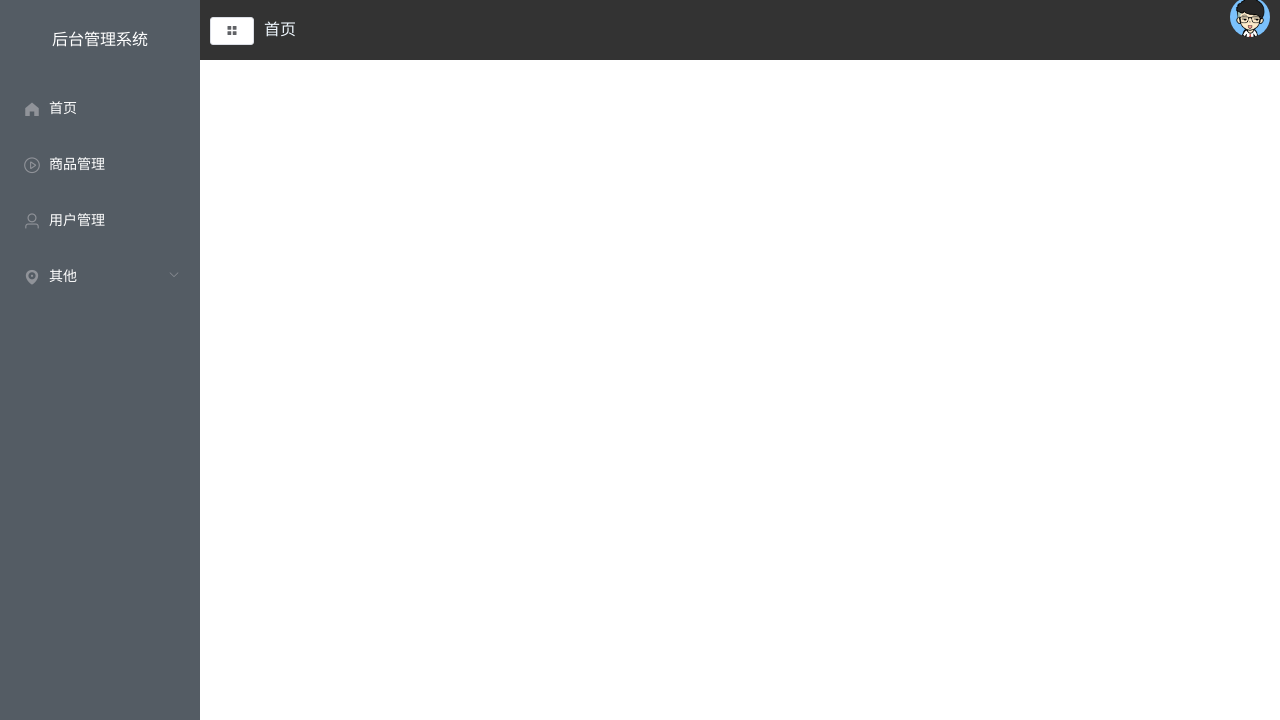
Repository: wuqu11/Management-system
Page: /
These files come from the project's save history. The page is drawn as it stood at one moment and after the next save; the edit follows.
The browser window is 1280 px wide. The pictures show the whole page.
The project was rebuilt for these pictures with package versions that can differ from the ones it lists, and the page was loaded fresh each time. Also part of the build but not shown: vue.config.js, src/view/User.vue, src/view/Home.vue, src/view/Mall.vue, src/view/PageOne.vue, src/view/PageTwo.vue.

Above is the page before, as saved 2023-07-18 07:57:23.

### src/main.js
import Vue from 'vue'
import App from './App.vue'
import ElementUI from 'element-ui';
  // import element from 'element-ui';
import 'element-ui/lib/theme-chalk/index.css';
import router from '@/router';

Vue.use(router)
Vue.use(ElementUI)
// Vue.use(Button)
Vue.config.productionTip = false

new Vue({
  router,
  render: h => h(App),
}).$mount('#app')

### src/App.vue
<template>
  <div id="app">
    <!-- <el-row>
        <el-button>默认按钮</el-button>
        <el-button type="primary">主要按钮</el-button>
        <el-button type="success">成功按钮</el-button>
        <el-button type="info">信息按钮</el-button>
        <el-button type="warning">警告按钮</el-button>
        <el-button type="danger">危险按钮</el-button>
    </el-row> -->
    <router-view></router-view>
  </div>
</template>

<script>


export default {
  name: 'App',
}
</script>

<style lang='less'>
    html,body{
      margin: 0;
      padding: 0;
    }
</style>

### src/router/index.js
import VueRouter from "vue-router";
import Vue from "vue";
import User from '@/view/User.vue';
import Home from '@/view/Home.vue';
import Main from '@/view/Main.vue';
import Mall from '@/view/Mall.vue';
import PageOne from '@/view/PageOne.vue';
import PageTwo from '@/view/PageTwo.vue'

//1.创建路由组件
//2.路由组件的映射
//3.创建路由实例对象

Vue.use(VueRouter);
const routes = [
    { path: '/',
      component:Main ,

      children:[
        { path: 'home', component: Home },
        { path: 'user', component: User },
        { path: 'mall', component: Mall },
        { path: 'page1', component: PageOne },
        { path: 'page2', component: PageTwo },
      ]
    },
    {
      path:'*',
      redirect:'/home',
    }

  ]
 //先把VueRouter原型对象的push,先保存一份
let originPush = VueRouter.prototype.push;
let originReplce = VueRouter.prototype.replace;
//重写push|relace
//第一个参数:告诉原来push方法,你往哪里跳转(传递那些参数)
//第二个参数:成功回调
//第三个参数:失败回调
//call|apply区别
//相同点:都可以调用函数一次,都可以篡改函数的上下文一次
//不同点:call与apply传递参数,call传递参数用逗号隔开,apply方法执行,传递数组
VueRouter.prototype.push = function(location,resolve,reject){
    if(resolve && reject){
        originPush.call(this,location,resolve,reject)
    }else{
        originPush.call(this,location,()=>{},()=>{})
    }
};

VueRouter.prototype.replace = function(location,resolve,reject){
    if(resolve && reject){
        originReplce.call(this,location,resolve,reject)
    }else{
        originReplce.call(this,location,()=>{},()=>{})
    }
};

export default new VueRouter({
    routes // (缩写) 相当于 routes: routes
  })

### src/view/Main.vue
<template>
    <div>
        <el-container>
        <el-aside width="200px">
            <CommenSide />
        </el-aside>
        <el-container>
            <el-header class="el-header">
                <CommenHeader/>
            </el-header>
            <el-main>
                    <router-view></router-view>
            </el-main>
        </el-container>
        </el-container>
        <router-view></router-view>
    </div>
</template>

<script>
import CommenSide from '@/components/CommenSide.vue';
import CommenHeader from '@/components/CommenHeader.vue';
    export default {
        components:{CommenSide,CommenHeader}
    }
</script>

<style   scoped>
      .el-header {
    background-color: #B3C0D1;
    color: #111;
    line-height: 60px;
    padding: 0;
  }

  .el-aside {
    color: #333;
  }
</style>

### src/components/CommenSide.vue
<template>
    <div>

        <el-menu default-active="1-4-1" class="el-menu-vertical-demo" @open="handleOpen" @close="handleClose"
            :collapse="isCollapse" background-color="#545c64" text-color="#fff" active-text-color="#ffd04b">
             <h3>后台管理系统</h3>
            <el-menu-item  @click="clickMenu(item)" v-for="item in noChildren " :key='item.name' :index="item.name">
                <i :class='`el-icon-${item.icon}`'></i>
                <span slot="title">{{ item.label }}</span>
            </el-menu-item>
            <el-submenu  v-for="item in Children" :key='item.label' :index="item.label">
                <template slot="title">
                    <i :class='`el-icon-${item.icon}`'></i>
                    <span slot="title">{{ item.label }}</span>
                </template>
                <el-menu-item-group    v-for="subItem in item.children" :key="subItem.path">
                    <el-menu-item   @click="clickMenu(subItem)" :index="subItem.path">{{ subItem.label }}</el-menu-item>
                </el-menu-item-group>
            </el-submenu>

        </el-menu>
    </div>
</template>

<script>
export default {
    data() {
        return {
            isCollapse: false,
            menuDate: [{
                path: '/',
                name: 'home',
                label: '首页',
                icon: 's-home',
                url: 'Home/Home'
            },
            {
                path: '/mall',
                name: 'mall',
                label: '商品管理',
                icon: 'video-play',
                url: 'MallManage/MallManage'
            },
            {
                path: '/user',
                name: 'user',
                label: '用户管理',
                icon: 'user',
                url: 'UserManage/UserManage'
            },
            {
                label: '其他',
                icon: 'location',
                children: [
                    {
                        path: '/page1',
                        name: 'page1',
                        label: '页面1',
                        icon: 'setting',
                        url: 'Other/PageOne'
                    },
                    {
                        path: '/page2',
                        name: 'page2',
                        label: '页面2',
                        icon: 'setting',
                        url: 'Other/PageTwo'
                    }
                ]
            }]
        };
    },
    methods: {
        handleOpen(key, keyPath) {
            console.log(key, keyPath);
        },
        handleClose(key, keyPath) {
            console.log(key, keyPath);
        },
        clickMenu(item){
            console.log(item);
            this.$router.push(item.path)
        }
    },
    computed: {
        noChildren() {
            return this.menuDate.filter(item => !item.children)
        },
        Children() {
            return this.menuDate.filter(item => item.children)
        },

    },
}
</script>

<style lang='less' scoped>
    .el-menu-vertical-demo:not(.el-menu--collapse) {
        width: 200px;
        min-height: 400px;
    }
        .el-menu{
            height: 100vh;
            h3{
                color: #fff;
                text-align: center;
                line-height: 48px;
                font-size: 16px;
                font-weight: 400;
            }
        }

</style>

### src/components/CommenHeader.vue
<template>
    <div>
        <div class="header-container">
            <div class="l-container">
                <el-button icon="el-icon-menu" size="mini"></el-button>
                <span class="text">首页</span>
            </div>
            <div class="r-container">
                <el-dropdown>
                    <span class="el-dropdown-link">
                        <img src="../assets/images/user.png" alt="" class="user">
                    </span>
                    <el-dropdown-menu slot="dropdown">
                        <el-dropdown-item>个人中心</el-dropdown-item>
                        <el-dropdown-item>退出</el-dropdown-item>
                    </el-dropdown-menu>
                </el-dropdown>
            </div>
        </div>
    </div>
</template>

<script>
export default {

}
</script>

<style lang="less" scoped>
.header-container {
    height: 60px;
    background-color: #333;
    padding: 0 10px;
    display: flex;
    align-items: center;
    justify-content: space-between;

    .text {
        color: aliceblue;
        size: 14px;
        margin-left: 10px;
    }

    .r-container {

        .el-dropdown-link {
            .user {
                height: 40px;
                width: 40px;
                border-radius: 50%;
            }

        }
    }

}
</style>

Loaded but not shown: public/index.html (common file)

After the next save:
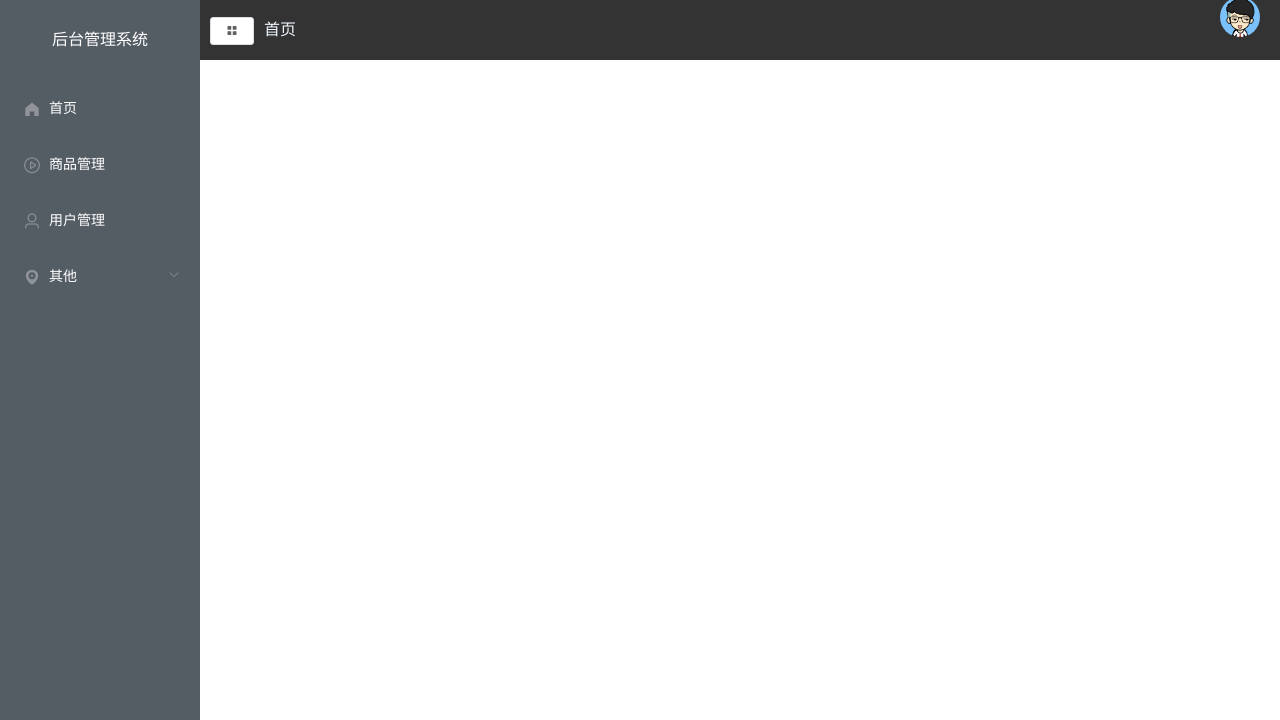
Saved 4 s later.
--- a/src/components/CommenHeader.vue
+++ b/src/components/CommenHeader.vue
@@ -42,7 +42,7 @@
     }
 
     .r-container {
-
+        padding: 0 10px;
         .el-dropdown-link {
             .user {
                 height: 40px;

After the save that followed:
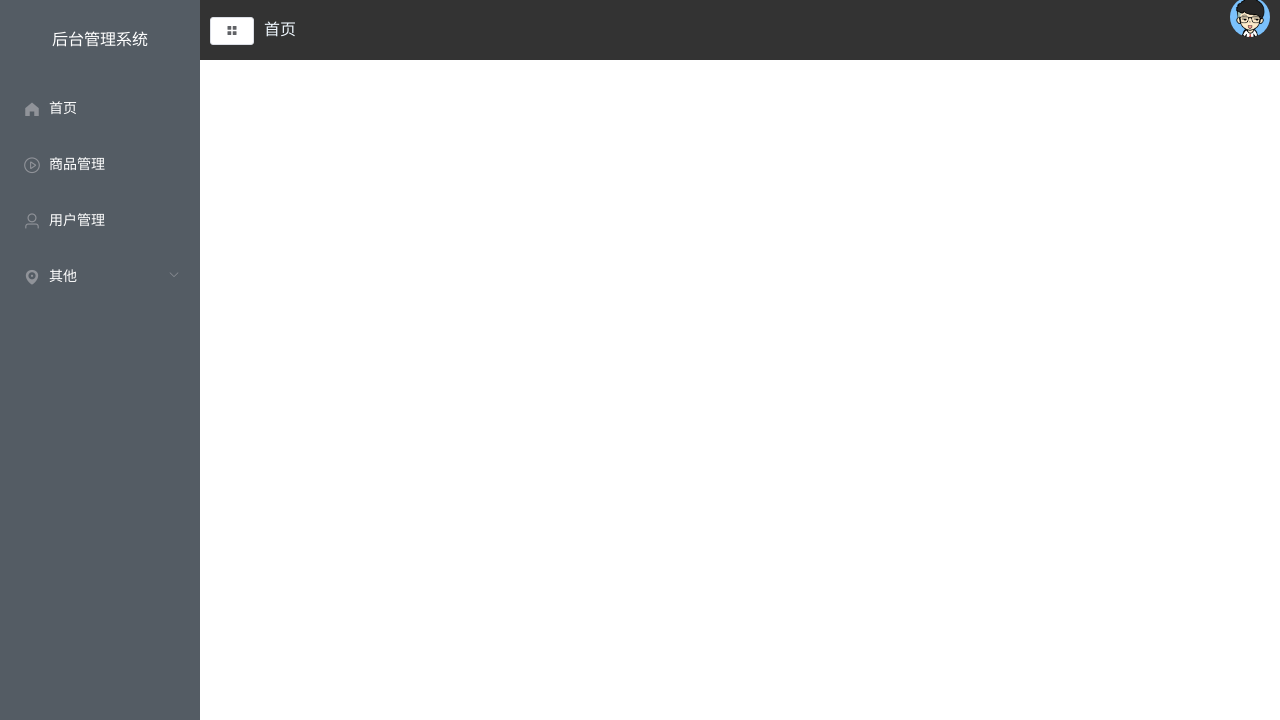
Saved 6 min 49 s later.
--- a/src/components/CommenHeader.vue
+++ b/src/components/CommenHeader.vue
@@ -42,7 +42,6 @@
     }
 
     .r-container {
-        padding: 0 10px;
         .el-dropdown-link {
             .user {
                 height: 40px;
